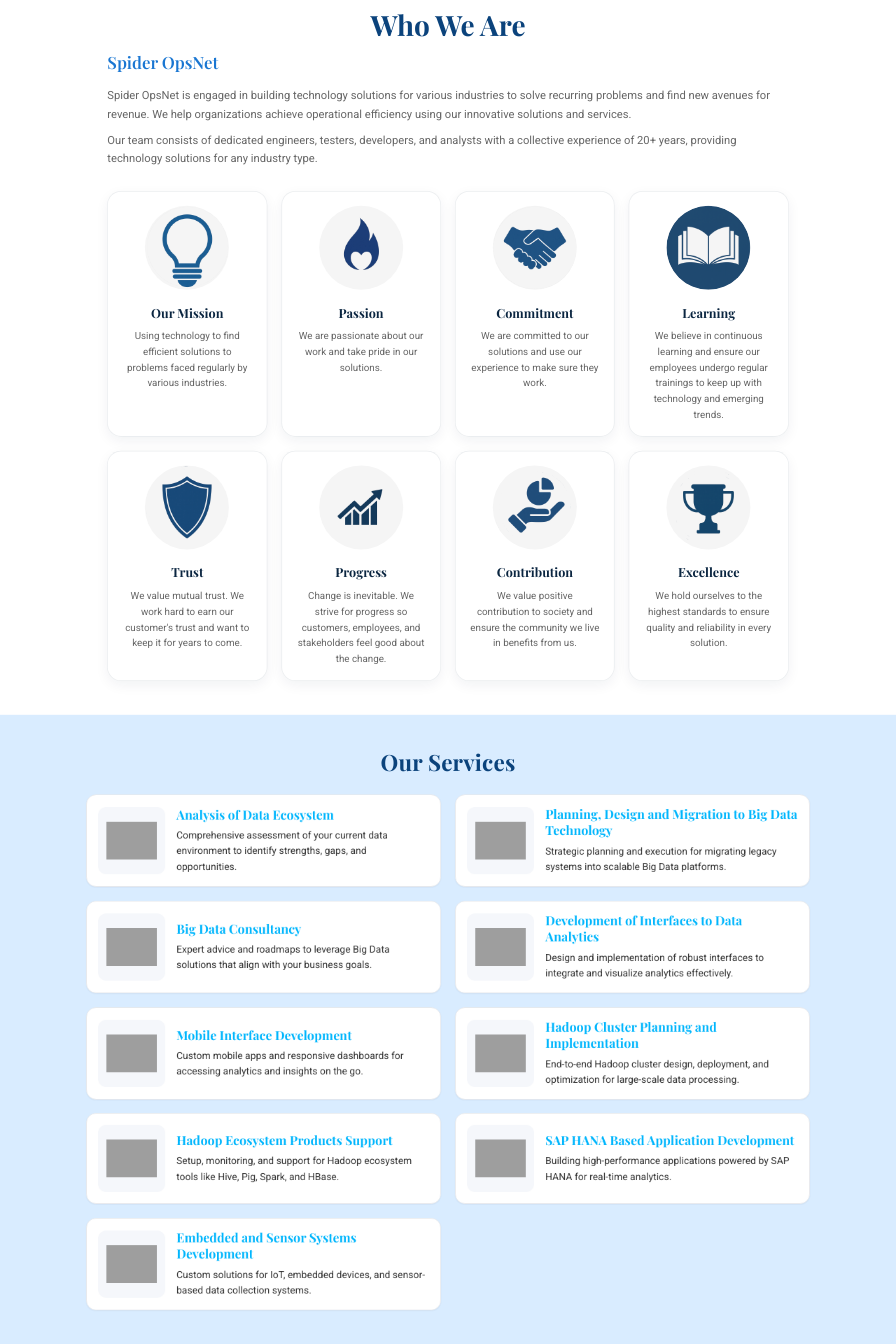
Repository: Yeshwanth-189/spiderOpsNet
Page: / (app in spideropsnet-frontend/)
The author's editor kept a copy of each file at every save. The page is drawn from the files as they stood at one save, then again after the next save.
The browser window is 1280 px wide. The pictures show the part of the page from y = 807 to 2727 px (the page is 2727 px tall), at 70% of full size.
Pictures or frames that could not be fetched are drawn as grey boxes. The project was rebuilt for these pictures with package versions that can differ from the ones it lists, and the page was loaded fresh each time. Also part of the build but not shown: spideropsnet-frontend/vite.config.js.

Above is the page before, as saved 2025-09-04 19:34:38.

### spideropsnet-frontend/index.html
<!DOCTYPE html>
<html lang="en">
  <head>
    <meta charset="UTF-8" />
    <link rel="icon" type="image/svg+xml" href="/spideropsnet.svg" />
    <link
      href="https://fonts.googleapis.com/css2?family=Playfair+Display:wght@400;600;700&family=Roboto:wght@400;500;700&display=swap"
      rel="stylesheet"
    />
    <meta name="viewport" content="width=device-width, initial-scale=1.0" />
    <title>SpiderOpsNet</title>
  </head>
  <body>
    <div id="root"></div>
    <script type="module" src="/src/main.jsx"></script>
  </body>
</html>

### spideropsnet-frontend/src/App.jsx
import "./App.css";
import SpiderOpsNet from "./components/SpiderOpsNet";
import { BrowserRouter as Router, Routes, Route } from "react-router-dom";

function App() {
  return (
    <>
      <Router>
        <Routes>
          <Route path="/" element={<SpiderOpsNet />} />
          {/* <Route path="/overview" element={<Overview />} />
          <Route path="/profession" element={<Profession />} />
          <Route path="/projects" element={<Project />} />
          <Route path="/education" element={<Education />} />
          <Route path="/skills" element={<Skills />} />
          <Route path="/achievements" element={<Awards />} /> */}
        </Routes>
      </Router>
    </>
  );
}

export default App;

### spideropsnet-frontend/src/App.css
:root {
  /* Brand Colors */
  --color-primary: #0b437c; /* Dark Navy Blue */
  --color-secondary: #00b6fd; /* Professional Light Blue */

  /* Backgrounds */
  --color-bg: #ffffff;
  --color-bg-light: #f5f5f5;

  /* Neutral Grays */
  --color-gray-dark: #333333;
  --color-gray-mid: #666666;
  --color-gray-light: #f5f5f5;

  /* Status Colors */
  --color-success: #2e7d32;
  --color-warning: #ed6c02;
  --color-error: #d32f2f;

  /* Typography */
  --font-heading: "Playfair Display", serif;
  --font-body: "Roboto", sans-serif;

  /* Font Sizes (scalable for responsive design) */
  --text-h1: 2.5rem;
  --text-h2: 2rem;
  --text-h3: 1.5rem;
  --text-body: 1rem;
  --text-small: 0.875rem;

  /* Spacing (consistent padding/margin system) */
  --space-xs: 4px;
  --space-sm: 8px;
  --space-md: 16px;
  --space-lg: 24px;
  --space-xl: 32px;

  /* Border Radius */
  --radius-sm: 4px;
  --radius-md: 8px;
  --radius-lg: 16px;

  /* Shadows */
  --shadow-sm: 0 1px 2px rgba(0, 0, 0, 0.05);
  --shadow-md: 0 4px 6px rgba(0, 0, 0, 0.1);
  --shadow-lg: 0 10px 15px rgba(0, 0, 0, 0.15);
}

html,
body {
  margin: 0;
  padding: 0;
}
* {
  box-sizing: border-box;
}
/* Base Typography */
body {
  font-family: var(--font-body);
  font-size: var(--text-body);
  color: var(--color-gray-dark);
  background-color: var(--color-bg);
  margin: 0;
  padding: 0;
}

h1,
h2,
h3,
h4,
h5,
h6 {
  font-family: var(--font-heading);
  color: var(--color-primary);
  margin: 0 0 var(--space-md);
}

p {
  margin: 0 0 var(--space-md);
  color: var(--color-gray-mid);
}

### spideropsnet-frontend/src/components/SpiderOpsNet.jsx
import React from "react";
import Hero from "../components/Hero";
import NavBar from "../components/NavBar";
import About from "../components/About";
import Services from "../components/Services";
// import Experience from "../components/Experience";
// import Communications from "../components/Communications";
import "../styles/SpiderOpsNet.css";

function SpiderOpsNet() {
  return (
    <>
      <NavBar />
      <Hero />
      <About />
      <Services />
      {/* <Experience />
      <Communications /> */}
    </>
  );
}

export default SpiderOpsNet;

### spideropsnet-frontend/src/components/Hero.jsx
import React from "react";
import "../styles//Hero.css";
import DataMountains from "../assets/DataMountains.png";
// eslint-disable-next-line no-unused-vars
import { motion, useReducedMotion } from "framer-motion";

export default function Hero({
  title = "You have Data Mountains?",
  subtitle = "We have Big Data Solutions!",
  paragraph = "From scalable data pipelines to real-time analytics and AI-assisted insights, we turn your data mountains into business outcomes.",
  ctaText = "View Services",
  onCtaClick = () => {},
  imageAlt = "Abstract mountain range representing big data layers",
}) {
  const prefersReducedMotion = useReducedMotion();

  const initial = prefersReducedMotion ? { opacity: 0 } : { opacity: 0, y: 40 };
  const animate = prefersReducedMotion ? { opacity: 1 } : { opacity: 1, y: 0 };
  const transition = prefersReducedMotion
    ? { duration: 0.6, ease: "easeOut" }
    : { duration: 0.9, ease: "easeOut" };
  return (
    <motion.section
      className="hero"
      aria-label="Data Solutions Hero"
      initial={initial}
      animate={animate}
      transition={transition}
    >
      <header className="hero__header">
        <h1 className="hero__title">{title}</h1>
        <h1 className="hero__subtitle">{subtitle}</h1>
      </header>

      <div className="hero__left">
        <p className="hero__paragraph">{paragraph}</p>
        <button className="hero__cta" onClick={onCtaClick} aria-label={ctaText}>
          {ctaText}
        </button>
      </div>

      <figure className="hero__right">
        <img
          className="hero__image"
          src={DataMountains}
          alt={imageAlt}
          loading="eager"
        />
      </figure>
    </motion.section>
  );
}

### spideropsnet-frontend/src/components/NavBar.jsx
import React, { useState } from "react";
import { Link } from "react-router-dom";
import "../styles/NavBar.css";
import SpiderOpsNet from "../assets/SpiderOpsNet.png";

function Navbar() {
  const [isOpen, setIsOpen] = useState(false);

  return (
    <nav className="navbar">
      <div className="navbar-grid">
        <div className="col-1" />

        <div className="col-2to11 navbar-content">
          <div className="navbar-logo">
            <img
              alt="logo"
              className="navbar-logo-image"
              src={SpiderOpsNet}
            ></img>
            <h2>
              <span className="primary"></span>Spider
              <span className="secondary">OpsNet</span>
            </h2>
            <div className="hamburger" onClick={() => setIsOpen(!isOpen)}>
              <span className={isOpen ? "bar rotate-top" : "bar"}></span>
              <span className={isOpen ? "bar fade" : "bar"}></span>
              <span className={isOpen ? "bar rotate-bottom" : "bar"}></span>
            </div>
          </div>

          {/* Links */}
          <div className={`navbar-links ${isOpen ? "open" : ""}`}>
            <Link to="/Home" onClick={() => setIsOpen(false)}>
              Home
            </Link>
            <Link to="/About" onClick={() => setIsOpen(false)}>
              About
            </Link>
            <Link to="/Services" onClick={() => setIsOpen(false)}>
              Services
            </Link>
            <Link to="/Courses" onClick={() => setIsOpen(false)}>
              Courses
            </Link>
            <Link to="/Projects" onClick={() => setIsOpen(false)}>
              Projects
            </Link>
            <Link to="/Blogs" onClick={() => setIsOpen(false)}>
              Blogs
            </Link>
            <Link to="/Contact" onClick={() => setIsOpen(false)}>
              Contact
            </Link>
          </div>
        </div>

        <div className="col-12" />
      </div>
    </nav>
  );
}

export default Navbar;

### spideropsnet-frontend/src/components/Services.jsx
import React from "react";
// eslint-disable-next-line no-unused-vars
import { motion } from "framer-motion";
import "../styles/Services.css";

const defaultServices = [
  {
    id: 1,
    title: "Analysis of Data Ecosystem",
    text: "Comprehensive assessment of your current data environment to identify strengths, gaps, and opportunities.",
    image: "/assets/services/data-analysis.png",
  },
  {
    id: 2,
    title: "Planning, Design and Migration to Big Data Technology",
    text: "Strategic planning and execution for migrating legacy systems into scalable Big Data platforms.",
    image: "/assets/services/bigdata-migration.png",
  },
  {
    id: 3,
    title: "Big Data Consultancy",
    text: "Expert advice and roadmaps to leverage Big Data solutions that align with your business goals.",
    image: "/assets/services/bigdata-consultancy.png",
  },
  {
    id: 4,
    title: "Development of Interfaces to Data Analytics",
    text: "Design and implementation of robust interfaces to integrate and visualize analytics effectively.",
    image: "/assets/services/data-interfaces.png",
  },
  {
    id: 5,
    title: "Mobile Interface Development",
    text: "Custom mobile apps and responsive dashboards for accessing analytics and insights on the go.",
    image: "/assets/services/mobile-interface.png",
  },
  {
    id: 6,
    title: "Hadoop Cluster Planning and Implementation",
    text: "End-to-end Hadoop cluster design, deployment, and optimization for large-scale data processing.",
    image: "/assets/services/hadoop-cluster.png",
  },
  {
    id: 7,
    title: "Hadoop Ecosystem Products Support",
    text: "Setup, monitoring, and support for Hadoop ecosystem tools like Hive, Pig, Spark, and HBase.",
    image: "/assets/services/hadoop-support.png",
  },
  {
    id: 8,
    title: "SAP HANA Based Application Development",
    text: "Building high-performance applications powered by SAP HANA for real-time analytics.",
    image: "/assets/services/sap-hana.png",
  },
  {
    id: 9,
    title: "Embedded and Sensor Systems Development",
    text: "Custom solutions for IoT, embedded devices, and sensor-based data collection systems.",
    image: "/assets/services/embedded-systems.png",
  },
];

export default function Services({ services = defaultServices }) {
  return (
    <section className="services-section" aria-labelledby="services-heading">
      {/* 1st column (hidden gutter) */}
      <div className="gutter" aria-hidden="true" />
      {/* Content spans columns 2–11 */}
      <div className="services-content">
        <motion.h2
          id="services-heading"
          className="services-title"
          initial={{ y: 24, opacity: 0 }}
          animate={{ y: 0, opacity: 1 }}
          transition={{ duration: 0.6, ease: [0.22, 1, 0.36, 1] }}
        >
          Our Services
        </motion.h2>

        {/* Inner 2-column grid of cards (each row has two cards) */}
        <div className="services-grid">
          {services.map((s) => (
            <article className="service-card" key={s.id}>
              <div className="service-media">
                <img src={s.image} alt={s.title} loading="lazy" />
              </div>
              <div className="service-body">
                <h3 className="service-title">{s.title}</h3>
                <p className="service-text">{s.text}</p>
              </div>
            </article>
          ))}
        </div>
      </div>
      {/* 12th column (hidden gutter) */}
      <div className="gutter" aria-hidden="true" />
    </section>
  );
}

### spideropsnet-frontend/src/styles/Hero.css
:root {
  --brand-primary: var(--color-primary, #0a2540); /* Dark Navy */
  --brand-accent: var(--color-accent, #1976d2); /* Light Blue */
  --surface: var(--color-surface, #ffffff);
  --text: var(--color-text, #333333);
  --muted: var(--color-muted, #666666);
  --elev: 24px;
}

/* Grid shell: 12 columns desktop, 4 columns mobile */
.hero {
  --gutter: clamp(12px, 2vw, 24px);
  display: grid;
  grid-template-columns:
    [line1] 1fr /* empty gutter */
    [line2] repeat(10, minmax(0, 1fr)) /* content */
    [line12] 1fr /* empty gutter */
    [line13];
  gap: var(--gutter);
  padding: clamp(32px, 6vw, 80px) var(--gutter);
  background: linear-gradient(180deg, rgb(195, 225, 255), transparent 60%),
    var(--surface);
  color: var(--text);
  margin-top: 5%;
}

.hero__header {
  grid-column: 3 / 12;
}

.hero__title {
  margin: 0 0 8px 0;
  font-size: clamp(28px, 4vw, 56px);
  line-height: 1.1;
  letter-spacing: -0.02em;
  color: var(--brand-primary);
  font-family: "Playfair Display", ui-serif, Georgia, serif;
}

.hero__subtitle {
  margin: 0 0 clamp(16px, 2.5vw, 28px) 0;
  font-size: clamp(18px, 2.2vw, 28px);
  line-height: 1.2;
  color: var(--color-secondary);
  font-family: Roboto, system-ui, -apple-system, Segoe UI, "Helvetica Neue",
    Arial, sans-serif;
}

.hero__left {
  grid-column: 3 / 6;
  align-self: start;
}

.hero__paragraph {
  margin: 0 0 16px 0;
  font-size: clamp(14px, 1.2vw, 18px);
  line-height: 1.7;
  color: var(--color-gray-dark);
}

.hero__cta {
  appearance: none;
  border: none;
  cursor: pointer;
  padding: 12px 18px;
  border-radius: 5px;
  background: var(--brand-accent);
  color: #fff;
  font-weight: 600;
  font-size: 16px;
  box-shadow: 0 6px 20px rgba(25, 118, 210, 0.25);
  transition: transform 120ms ease, box-shadow 120ms ease, filter 120ms ease;
}

.hero__cta:hover {
  transform: translateY(-1px);
  box-shadow: 0 10px 28px rgba(25, 118, 210, 0.35);
}

.hero__cta:active {
  transform: translateY(0);
  filter: brightness(0.96);
}

/* Right block: lines 6 → 12 (i.e., cols 6–11 inclusive) */
.hero__right {
  grid-column: 6 / 12;
  margin: 0;
}

.hero__image {
  width: 100%;
  height: auto;
  display: block;
}

/* Responsive: switch to 4-column grid on mobile */
@media (max-width: 767.98px) {
  .hero {
    grid-template-columns:
      [m1] 1fr /* empty */
      [m2] repeat(2, minmax(0, 1fr)) /* content */
      [m4] 1fr /* empty */
      [m5];
  }

  .hero__header,
  .hero__left,
  .hero__right {
    grid-column: 2 / 4; /* span the two content columns */
  }

  .hero__right {
    order: 3;
  }
  .hero__left {
    order: 2;
  }
  .hero__header {
    order: 1;
  }
}

/* Prefers-reduced-motion respect */
@media (prefers-reduced-motion: reduce) {
  .hero__cta {
    transition: none;
  }
}

### spideropsnet-frontend/src/styles/NavBar.css
.navbar {
  position: fixed;
  width: 100%;
  background-color: var(--color-bg);
  z-index: 999;
  padding: 12px 0;
}

.navbar-grid {
  display: grid;
  grid-template-columns: repeat(12, 1fr);
  align-items: center;
  max-width: 1400px;
  margin: 0 auto;
  padding: 0 20px;
}

.col-1 {
  grid-column: 1 / 2;
}

.col-2to11 {
  grid-column: 2 / 12;
  display: flex;
  justify-content: space-between;
  align-items: center;
}

.col-12 {
  display: none;
}

/* Left: Logo */
.navbar-logo {
  font-family: "Playfair Display", serif;
  font-size: 1.3rem;
  color: var(--color-primary);
  display: flex;
  justify-content: flex-start;
  align-items: flex-start;
  gap: 10px;
  width: 100%;
}

.navbar-logo-image {
  width: 5%;
}

.primary {
  color: #0a2540;
}

.secondary {
  color: #00b6fd;
}

/* Right: Links */
.navbar-links {
  display: flex;
  gap: 32px;
  font-family: "Playfair Display", serif;
  font-size: 0.95rem;
}

.navbar-links a {
  color: var(--color-secondary);
  text-decoration: none;
  transition: color 0.3s ease;
  position: relative;
}

.navbar-links a:hover {
  color: --color-primary;
}

.navbar-links a::after {
  content: "";
  display: block;
  height: 2px;
  width: 0;
  background-color: var(--color-secondary);
  transition: width 0.3s ease;
  position: absolute;
  bottom: -4px;
  left: 0;
}

.navbar-links a:hover::after {
  width: 100%;
}
.hamburger {
  display: none;
  flex-direction: column;
  justify-content: center;
  align-items: flex-end;
  gap: 5px;
  margin-left: auto;
  cursor: pointer;
  z-index: 1000;
}

.bar {
  width: 22px;
  height: 3px;
  background-color: var(--color-primary);
  transition: all 0.3s ease;
}

.rotate-top {
  transform: rotate(45deg) translateY(8px);
}

.fade {
  opacity: 0;
}

.rotate-bottom {
  transform: rotate(-45deg) translateY(-8px);
}

/* Responsive */
@media screen and (max-width: 768px) {
  .navbar-grid {
    grid-template-columns: 1fr;
  }

  .col-2to11 {
    flex-direction: column;
    gap: 14px;
    grid-column: span 12;
  }

  .navbar-logo {
    font-size: 1.1rem;
  }

  .navbar-logo-image {
    width: 10%;
  }

  .navbar-links {
    flex-direction: column;
    gap: 12px;
  }
  @media screen and (max-width: 768px) {
    .hamburger {
      margin-top: 5%;
      display: flex;
    }
    .navbar {
      top: 0;
      border-bottom: 1px solid #0a2540;
    }

    .navbar-links {
      display: none;
      flex-direction: column;
      gap: 16px;
      margin-top: 1rem;
      width: 100%;
    }

    .navbar-links.open {
      display: flex;
      animation: fadeIn 0.3s ease-in-out;
    }
  }

  @keyframes fadeIn {
    from {
      opacity: 0;
      transform: translateY(-10px);
    }
    to {
      opacity: 1;
      transform: translateY(0);
    }
  }
}

### spideropsnet-frontend/src/styles/About.css
/* Optional: inherit brand tokens if you already have variables.css */
:root {
  --brand-navy: #0a2540; /* Primary */
  --brand-blue: #1976d2; /* Secondary */
  --bg: #ffffff;
  --text-dark: #333333;
  --text-mid: #666666;
  --surface: #f5f5f5;
}

/* Layout wrapper */
.about-wrap {
  background: var(--bg);
  color: var(--text-dark);
  width: 100%;
}

/* 12-column grid with hidden 1st & 12th columns */
.about-grid {
  display: grid;
  grid-template-columns: repeat(12, minmax(0, 1fr));
  gap: 0; /* outer grid has no gap; inner content controls spacing */
  max-width: 1200px;
  margin: 0 auto;
  padding: 48px 16px;
}

.gutter-left,
.gutter-right {
  display: none; /* explicitly hidden */
}

/* Content spans columns 2–11 */
.about-content {
  grid-column: 2 / 12;
}

/* Intro block */
.about-intro {
  margin-bottom: 32px;
}

.about-title {
  font-family: "Playfair Display", Georgia, serif;
  font-weight: 700;
  font-size: clamp(28px, 4vw, 40px);
  color: var(--color-primary);
  margin: 0 0 8px 0;
  line-height: 1.2;
  text-align: center;
  width: 100%;
  margin: 0 auto 12px auto;
}

.about-subtitle {
  font-family: "Playfair Display", Georgia, serif;
  font-weight: 600;
  font-size: clamp(18px, 2.5vw, 24px);
  color: var(--brand-blue);
  margin: 0 0 16px 0;
}

.about-paragraph {
  font-family: "Roboto", system-ui, -apple-system, Segoe UI, Arial, sans-serif;
  font-size: 16px;
  line-height: 1.65;
  color: var(--text-mid);
  margin: 0 0 12px 0;
}

/* Cards grid: makes 4 on top, 3 on bottom naturally with 7 items */
.cards-grid {
  display: grid;
  grid-template-columns: repeat(4, minmax(0, 1fr));
  gap: 20px;
}

/* Card */
.card {
  background: #fff;
  border: 1px solid rgba(10, 37, 64, 0.08);
  border-radius: 20px;
  padding: 20px;
  box-shadow: 0 6px 18px rgba(10, 37, 64, 0.06);
  display: flex;
  flex-direction: column;
  align-items: center;
  text-align: center;

  /* subtle hover */
  transition: transform 240ms ease, box-shadow 240ms ease,
    border-color 240ms ease;
}

.card:hover {
  transform: translateY(-4px);
  box-shadow: 0 10px 24px rgba(10, 37, 64, 0.1);
  border-color: rgba(25, 118, 210, 0.25);
}

.card-img-wrap {
  width: 120px;
  height: 120px;
  border-radius: 50%;
  background: var(--surface);
  display: grid;
  place-items: center;
  margin-bottom: 14px;
  overflow: hidden;
}

.card-img-wrap img {
  width: 100%;
  height: 100%;
  object-fit: cover;
}

.card-title {
  font-family: "Playfair Display", Georgia, serif;
  font-size: 18px;
  font-weight: 700;
  color: var(--brand-navy);
  margin: 6px 0 8px 0;
}

.card-text {
  font-family: "Roboto", system-ui, -apple-system, Segoe UI, Arial, sans-serif;
  font-size: 14px;
  color: var(--text-mid);
  line-height: 1.6;
  margin: 0;
}

/* Load-in animation */
.fade-up {
  opacity: 0;
  transform: translateY(16px);
  animation: fadeUp 600ms ease-out forwards;
}

@keyframes fadeUp {
  to {
    opacity: 1;
    transform: translateY(0);
  }
}

/* Responsive tweaks */
@media (max-width: 1024px) {
  .cards-grid {
    grid-template-columns: repeat(3, minmax(0, 1fr));
  }
}

@media (max-width: 768px) {
  .about-grid {
    padding: 32px 14px;
  }
  .cards-grid {
    grid-template-columns: repeat(2, minmax(0, 1fr));
  }
}

@media (max-width: 480px) {
  .cards-grid {
    grid-template-columns: 1fr;
  }
}

### spideropsnet-frontend/src/styles/Services.css
/* Root section: 12-column grid */
.services-section {
  display: grid;
  grid-template-columns: repeat(12, minmax(0, 1fr));
  gap: 0; /* gutters are handled as empty columns */
  width: 100%;
  margin: 0 auto;
  padding: 48px 0;
  box-sizing: border-box;
}

.services-section {
  position: relative;
  overflow: hidden;
}

.services-section::before {
  content: "";
  position: absolute;
  inset: 0;
  background: rgb(217, 236, 255); /* navy overlay */
  z-index: 0;
}

.services-content {
  position: relative;
  z-index: 1; /* ensure text stays above overlay */
}

/* First and last columns act as hidden gutters on large screens */
.gutter {
  display: block;
}

/* Content spans columns 2–11 */
.services-content {
  grid-column: 2 / 12;
  padding: 0 16px;
}

/* Title styles */
.services-title {
  font-family: "Playfair Display", serif; /* adjust to your brand */
  font-weight: 700;
  font-size: clamp(28px, 2.5vw, 40px);
  line-height: 1.2;
  text-align: center;
  margin: 0 0 28px 0;

  letter-spacing: 0.3px;
}

/* Inner grid: 2 columns for cards, equal width */
.services-grid {
  display: grid;
  grid-template-columns: repeat(2, minmax(0, 1fr));
  gap: 20px;
}

/* Card layout: image left, text right */
.service-card {
  display: grid;
  grid-template-columns: 96px 1fr;
  align-items: center;
  gap: 16px;
  padding: 16px;
  border: 1px solid #e6e8ec;
  border-radius: 14px;
  background: #ffffff;
  box-shadow: 0 1px 2px rgba(10, 37, 64, 0.06);
  transform: translateY(0);
  transition: transform 220ms ease, box-shadow 220ms ease,
    border-color 220ms ease;
  will-change: transform;
}

.service-card:hover {
  transform: translateY(-6px);
  box-shadow: 0 10px 20px rgba(10, 37, 64, 0.12);
  border-color: #d9dde3;
}

/* Image container */
.service-media {
  width: 96px;
  height: 96px;
  display: grid;
  place-items: center;
  border-radius: 12px;
  background: #f5f7fb; /* subtle backdrop behind icon */
  overflow: hidden;
}

.service-media img {
  max-width: 72px;
  max-height: 72px;
  object-fit: contain;
  display: block;
}

/* Text block */
.service-body {
  display: grid;
  align-content: center;
  gap: 6px;
}

.service-title {
  margin: 0;
  font-size: 18px;
  font-weight: 700;
  line-height: 1.3;
  color: var(--color-secondary);
}

.service-text {
  margin: 0;
  font-size: 14px;
  line-height: 1.6;
  color: #333333;
}

/* Respect reduced motion */
@media (prefers-reduced-motion: reduce) {
  .service-card,
  .services-title {
    transition: none !important;
    transform: none !important;
  }
}

/* Responsiveness */
@media (max-width: 1100px) {
  .services-content {
    grid-column: 2 / 12; /* still 2–11; gutters remain */
  }
}

@media (max-width: 900px) {
  .services-grid {
    grid-template-columns: 1fr; /* stack to single column on tablet/mobile */
  }

  .service-card {
    grid-template-columns: 72px 1fr;
    padding: 14px;
  }

  .service-media {
    width: 72px;
    height: 72px;
  }

  .service-media img {
    max-width: 56px;
    max-height: 56px;
  }
}

Loaded but not shown: spideropsnet-frontend/src/main.jsx (common file); spideropsnet-frontend/src/index.css (common file); spideropsnet-frontend/src/components/About.jsx (129 lines, source omitted); spideropsnet-frontend/src/styles/SpiderOpsNet.css (no stored copy; drawn as an empty file)

After the next save:
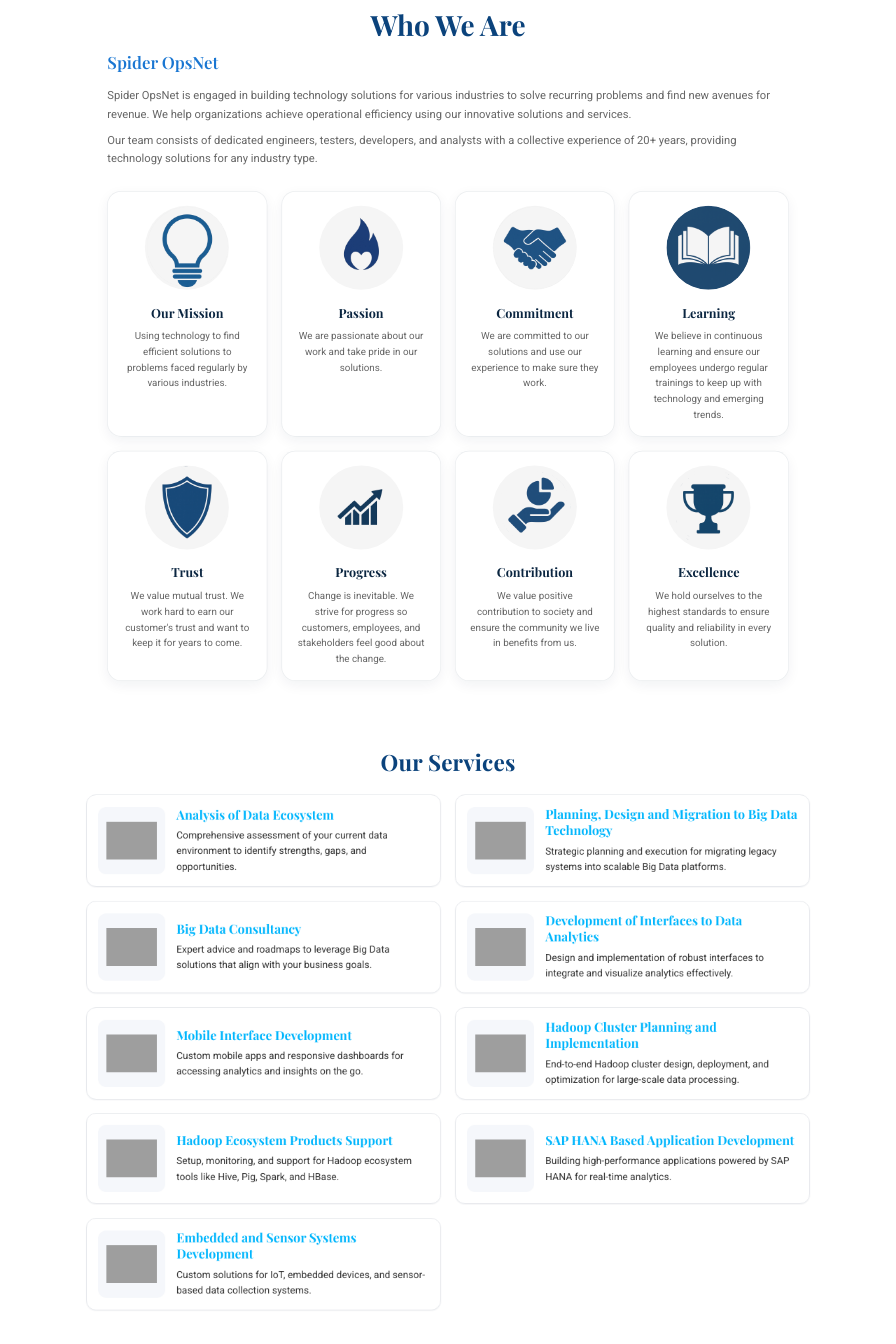
Saved 27 s later.
--- a/spideropsnet-frontend/src/styles/Services.css
+++ b/spideropsnet-frontend/src/styles/Services.css
@@ -7,19 +7,6 @@
   margin: 0 auto;
   padding: 48px 0;
   box-sizing: border-box;
-}
-
-.services-section {
-  position: relative;
-  overflow: hidden;
-}
-
-.services-section::before {
-  content: "";
-  position: absolute;
-  inset: 0;
-  background: rgb(217, 236, 255); /* navy overlay */
-  z-index: 0;
 }
 
 .services-content {
